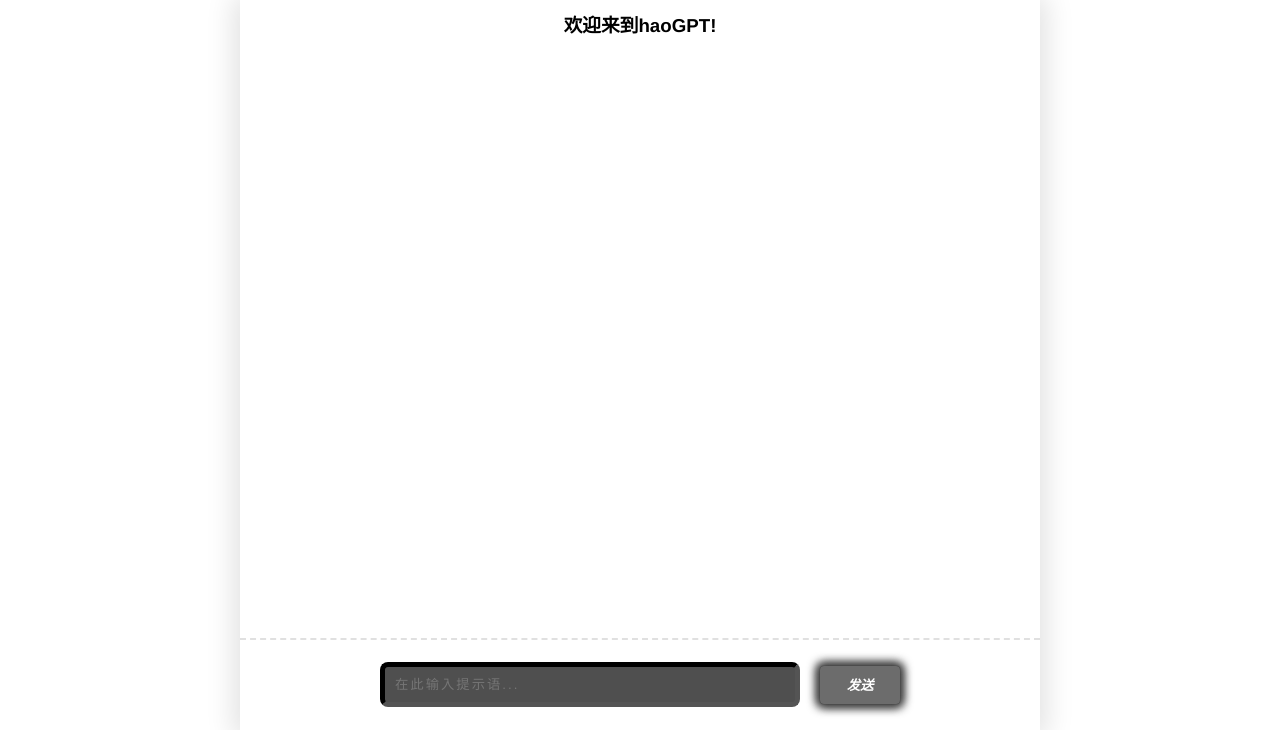
Repository: forFishbonein/chatbot-hao-gpt
Page: / (app in chat-bot-app/)
These files come from the project's save history. The page is drawn as it stood at one moment and after the next save; the edit follows.
The browser window is 1280 px wide. The pictures show the whole page.
The project was rebuilt for these pictures with package versions that can differ from the ones it lists, and the page was loaded fresh each time. Also part of the build but not shown: chat-bot-app/vite.config.js, chat-bot-app/src/components/background/ParticleAnimation.vue.

Above is the page before, as saved 2023-04-14 14:03:14.

After the next save:
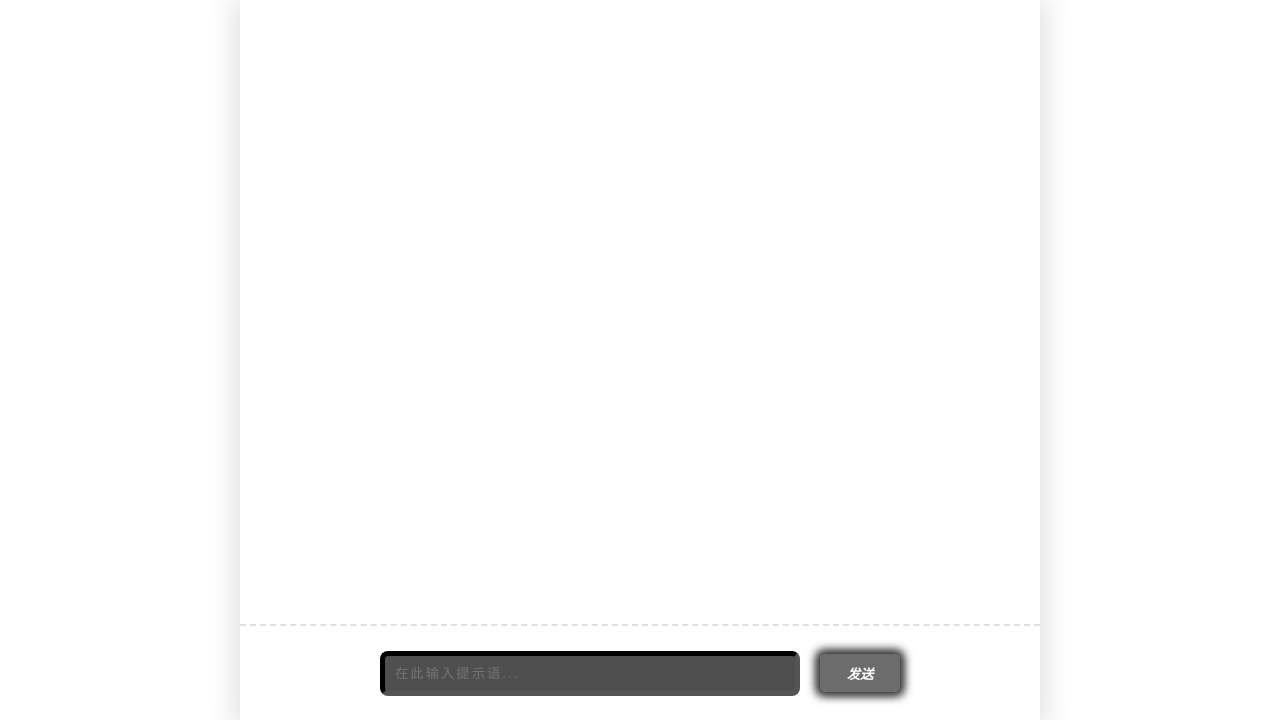
Saved 108 s later.
--- a/chat-bot-app/src/views/Chat.vue
+++ b/chat-bot-app/src/views/Chat.vue
@@ -45,7 +45,7 @@
 <template>
   <div id="main-container">
     <div class="message-wapper">
-      <h3>欢迎来到haoGPT!</h3>
+      <div></div>
       <el-scrollbar :max-height="maxHeight">
         <div class="messages">
           <div v-for="(m, i) in messages" :key="i" class="line-block">
@@ -89,7 +89,6 @@
   justify-content: center;
   align-items: center;
   box-shadow: 0 2px 27px 6px rgba(0, 0, 0, 0.12);
-  padding-top: 10px;
   .messages {
     width: 800px;
     height: 85%;
